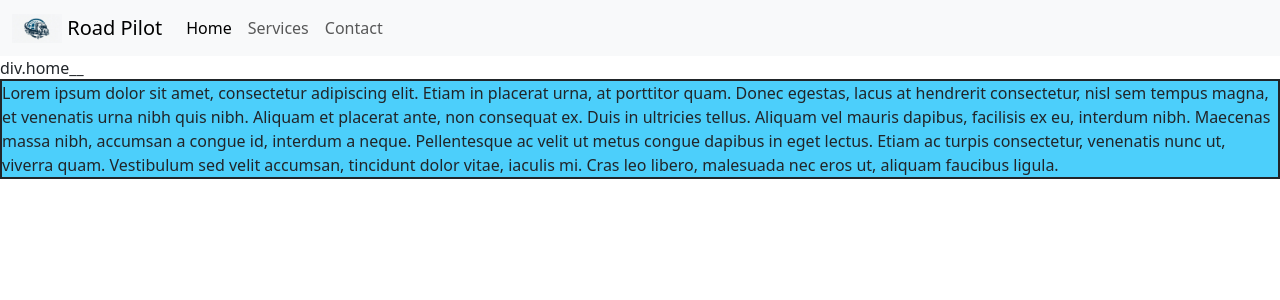
Repository: VictoriousMango/WebCreator
Page: index.html
These files come from the project's save history. The page is drawn as it stood at one moment and after a run of saves; the edit follows.
The browser window is 1280 px wide. The pictures show the whole page.

Above is the page before, as saved 2024-11-09 13:34:03.

### index.html
<!DOCTYPE html>
<html lang="en">

<head>
    <meta charset="UTF-8">
    <meta name="viewport" content="width=device-width, initial-scale=1.0">
    <title>Web Creator</title>
    <link href="https://cdn.jsdelivr.net/npm/bootstrap@5.3.3/dist/css/bootstrap.min.css" rel="stylesheet"
        integrity="sha384-QWTKZyjpPEjISv5WaRU9OFeRpok6YctnYmDr5pNlyT2bRjXh0JMhjY6hW+ALEwIH" crossorigin="anonymous">
    <link rel="stylesheet" href="./assets/css/index.css">
</head>

<body>
    <!-- Navbar -->
    <nav class="navbar navbar-expand-lg bg-body-tertiary">
        <div class="container-fluid">
            <a class="navbar-brand" href="#">
                <img src="./assets/images/Logo.png" alt="Logo" width="50px" class="d-inline-block align-text-top">
                Road Pilot
            </a>
            <button class="navbar-toggler" type="button" data-bs-toggle="collapse" data-bs-target="#navbarNav"
                aria-controls="navbarNav" aria-expanded="false" aria-label="Toggle navigation">
                <span class="navbar-toggler-icon"></span>
            </button>
            <div class="collapse navbar-collapse" id="navbarNav">
                <ul class="navbar-nav">
                    <li class="nav-item">
                        <a class="nav-link active" aria-current="page" href="#">Home</a>
                    </li>
                    <li class="nav-item">
                        <a class="nav-link" href="./pages/services.html">Services</a>
                    </li>
                    <li class="nav-item">
                        <a class="nav-link" href="./pages/contact.html">Contact</a>
                    </li>
                </ul>
            </div>
        </div>
    </nav>
    <!-- NavBar -->
    <main>
        <div class="home__banner"></div>
        <div class="home__about"></div>
        <div class="home__service"></div>
        <div class="home__whyChooseUs"></div>
        <div class="home__experience"></div>
        <div class="home__pricingPlan"></div>
        div.home__
    </main>
    <footer>
        Lorem ipsum dolor sit amet, consectetur adipiscing elit. Etiam in placerat urna, at porttitor quam. Donec egestas, lacus at hendrerit consectetur, nisl sem tempus magna, et venenatis urna nibh quis nibh. Aliquam et placerat ante, non consequat ex. Duis in ultricies tellus. Aliquam vel mauris dapibus, facilisis ex eu, interdum nibh. Maecenas massa nibh, accumsan a congue id, interdum a neque. Pellentesque ac velit ut metus congue dapibus in eget lectus. Etiam ac turpis consectetur, venenatis nunc ut, viverra quam. Vestibulum sed velit accumsan, tincidunt dolor vitae, iaculis mi. Cras leo libero, malesuada nec eros ut, aliquam faucibus ligula.
    </footer>
    <!-- Scripts -->
    <script src="https://cdn.jsdelivr.net/npm/bootstrap@5.3.3/dist/js/bootstrap.bundle.min.js"
        integrity="sha384-YvpcrYf0tY3lHB60NNkmXc5s9fDVZLESaAA55NDzOxhy9GkcIdslK1eN7N6jIeHz"
        crossorigin="anonymous"></script>
    <script src="https://cdn.jsdelivr.net/npm/@popperjs/core@2.11.8/dist/umd/popper.min.js"
        integrity="sha384-I7E8VVD/ismYTF4hNIPjVp/Zjvgyol6VFvRkX/vR+Vc4jQkC+hVqc2pM8ODewa9r"
        crossorigin="anonymous"></script>
    <script src="https://cdn.jsdelivr.net/npm/bootstrap@5.3.3/dist/js/bootstrap.min.js"
        integrity="sha384-0pUGZvbkm6XF6gxjEnlmuGrJXVbNuzT9qBBavbLwCsOGabYfZo0T0to5eqruptLy"
        crossorigin="anonymous"></script>
</body>

</html>

### assets/css/index.css
footer {
    position: relative;
    bottom: 1px;
    border: 2px solid;
    background-color: rgba(0, 187, 249, 0.7);
}

After the next 2 saves:
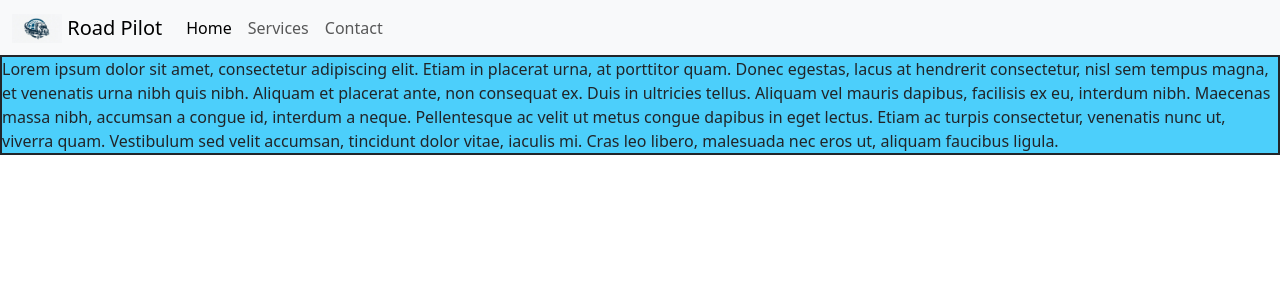
The 2 saves are shown as one change because they came seconds apart.
The last was saved 5 s later.
--- a/index.html
+++ b/index.html
@@ -45,7 +45,8 @@
         <div class="home__whyChooseUs"></div>
         <div class="home__experience"></div>
         <div class="home__pricingPlan"></div>
-        div.home__
+        <div class="home__projects"></div>
+
     </main>
     <footer>
         Lorem ipsum dolor sit amet, consectetur adipiscing elit. Etiam in placerat urna, at porttitor quam. Donec egestas, lacus at hendrerit consectetur, nisl sem tempus magna, et venenatis urna nibh quis nibh. Aliquam et placerat ante, non consequat ex. Duis in ultricies tellus. Aliquam vel mauris dapibus, facilisis ex eu, interdum nibh. Maecenas massa nibh, accumsan a congue id, interdum a neque. Pellentesque ac velit ut metus congue dapibus in eget lectus. Etiam ac turpis consectetur, venenatis nunc ut, viverra quam. Vestibulum sed velit accumsan, tincidunt dolor vitae, iaculis mi. Cras leo libero, malesuada nec eros ut, aliquam faucibus ligula.

After the save that followed:
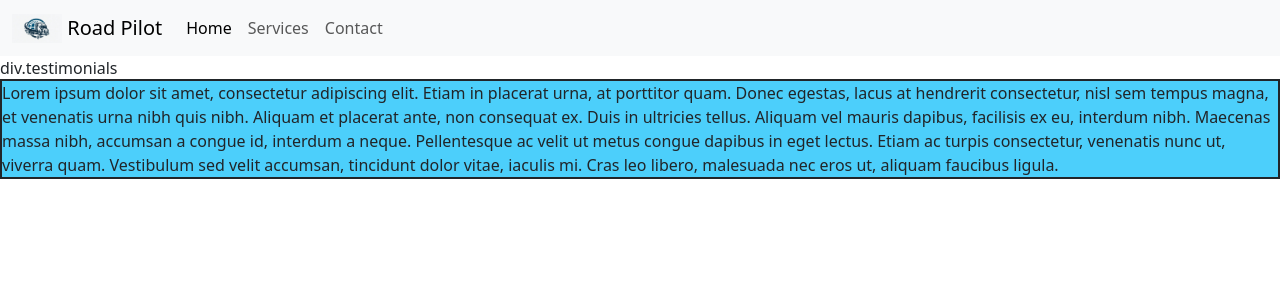
Saved 13 s later.
--- a/index.html
+++ b/index.html
@@ -46,7 +46,7 @@
         <div class="home__experience"></div>
         <div class="home__pricingPlan"></div>
         <div class="home__projects"></div>
-
+        div.testimonials
     </main>
     <footer>
         Lorem ipsum dolor sit amet, consectetur adipiscing elit. Etiam in placerat urna, at porttitor quam. Donec egestas, lacus at hendrerit consectetur, nisl sem tempus magna, et venenatis urna nibh quis nibh. Aliquam et placerat ante, non consequat ex. Duis in ultricies tellus. Aliquam vel mauris dapibus, facilisis ex eu, interdum nibh. Maecenas massa nibh, accumsan a congue id, interdum a neque. Pellentesque ac velit ut metus congue dapibus in eget lectus. Etiam ac turpis consectetur, venenatis nunc ut, viverra quam. Vestibulum sed velit accumsan, tincidunt dolor vitae, iaculis mi. Cras leo libero, malesuada nec eros ut, aliquam faucibus ligula.
